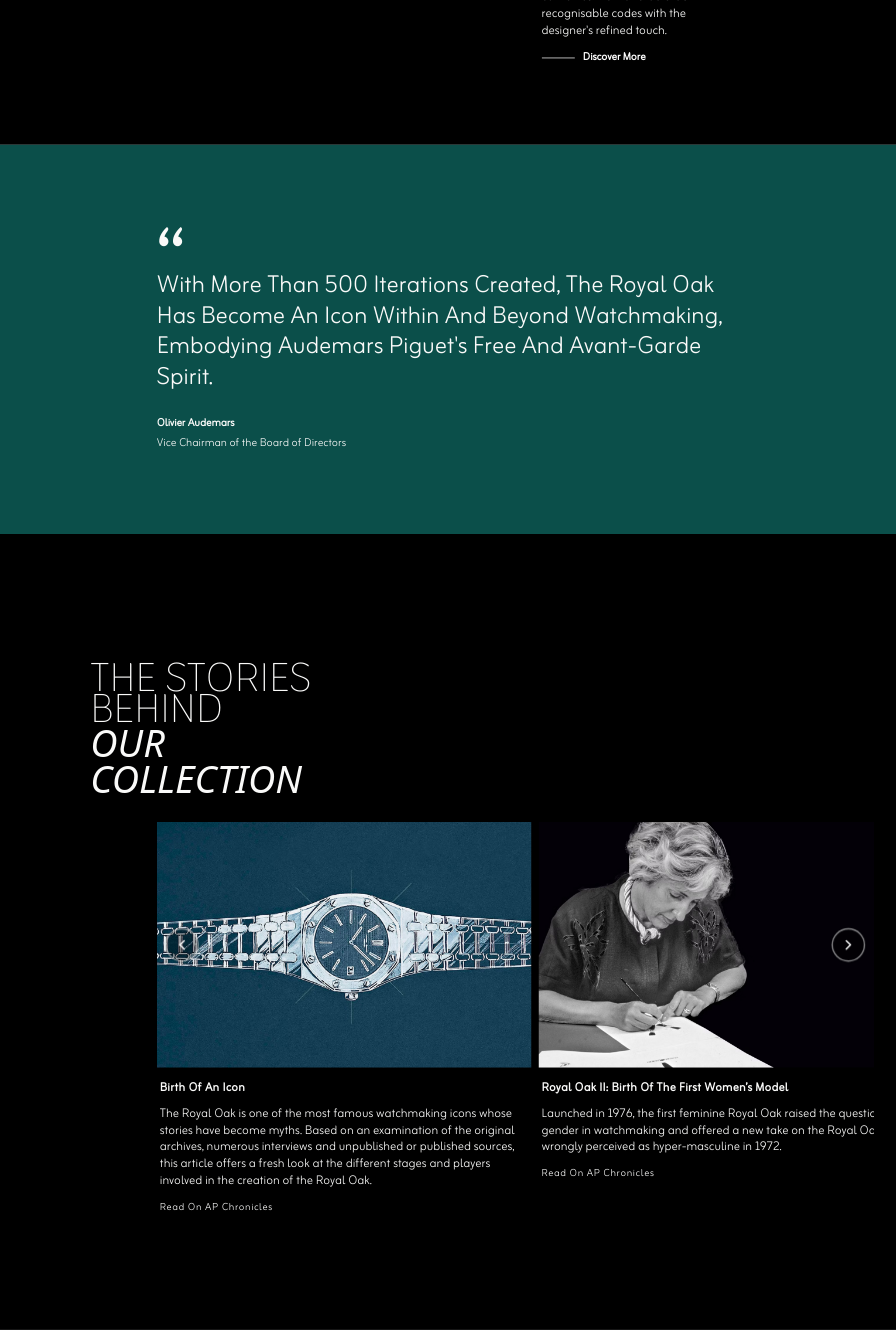
Repository: Richartistique-LeBrassus/audemars-piguet
Page: /
An editor plug-in stored every save of this project. The page is shown before and after the next save, followed by the edit.
The browser window is 1280 px wide. The pictures show the part of the page from y = 4237 to 6137 px (the page is 12470 px tall), at 70% of full size.
Pictures or frames that could not be fetched are drawn as grey boxes. The project was rebuilt for these pictures with package versions that can differ from the ones it lists, and the page was loaded fresh each time. The framework's server and built-in components were replaced by stand-ins that run in the browser. Also part of the build but not shown: next.config.ts.

Above is the page before, as saved 2025-09-02 07:55:24.

### app/layout.tsx
import type { Metadata } from "next";
import { Geist, Geist_Mono } from "next/font/google";
import "./globals.css";
import Nav from "@/components/Nav";

const geistSans = Geist({
  variable: "--font-geist-sans",
  subsets: ["latin"],
});

const geistMono = Geist_Mono({
  variable: "--font-geist-mono",
  subsets: ["latin"],
});

export const metadata: Metadata = {
  title: "Audemars Piguet | Richartistry",
  description: "Generated by create next app",
};

export default function RootLayout({
  children,
}: Readonly<{
  children: React.ReactNode;
}>) {
  return (
    <>
      <html lang="en">
        <body
          className={`$antialiased`}
        >
          {children}
        </body>
      </html>
    </>
  );
}

### app/page.tsx
import Accessories from "@/components/Accessories";
import AvantGarde from "@/components/AvantGarde";
import CollectionStories from "@/components/CollectionStories";
import Footer from "@/components/Footer";
import Genesis from "@/components/Genesis";
import Hero from "@/components/Hero";
import LatestReleases from "@/components/LatestReleases";
import OtherCollections from "@/components/OtherCollections";
import QuoteBanner from "@/components/QuoteBanner";
import SearchWatches from "@/components/SearchWatches";

export default function Home() {
  return (
    <div className="w-full overflow-clip">
      <Hero />
      <AvantGarde/>
      <LatestReleases />
      <QuoteBanner />
      <CollectionStories />
      <Genesis />
      <SearchWatches />{/**/}
      <Accessories />
      <OtherCollections />
      <Footer />
    </div>
  );
}

### app/globals.css
@font-face {
  font-family: 'Andrew-ExtraLight';
  src: url('/fonts/Andrew-ExtraLight.ttf') format('truetype');
  font-weight: 200;
  font-style: normal;
}

@font-face {
  font-family: 'Andrew-Light';
  src: url('/fonts/Andrew-Light.ttf') format('truetype');
  font-weight: 300;
  font-style: normal;
  font-display: swap;
}

@import "tailwindcss";

:root {
  --background: #ffffff;
  --foreground: #171717;
}

@theme inline {
  --color-background: var(--background);
  --color-foreground: var(--foreground);
  --font-sans: var(--font-geist-sans);
  --font-mono: var(--font-geist-mono);
}

@media (prefers-color-scheme: dark) {
  :root {
    --background: #0a0a0a;
    --foreground: #ededed;
  }
}

body {
  background: var(--background);
  color: var(--foreground);
  font-family: "Andrew-Light", Arial, Helvetica, sans-serif;
  color: #fafaf9;
}

.andrew {
  font-family: "Andrew-ExtraLight", sans-serif;
}

.serif {
  font-family: sans;
  font-weight: 100;
}

.scrollbar-hide::-webkit-scrollbar {
  display: none;
}
.scrollbar-hide {
  -ms-overflow-style: none;
  scrollbar-width: none;
}

/* restore normal scrollbars */
.scrollbar-default::-webkit-scrollbar {
  display: initial;
}
.scrollbar-default {
  -ms-overflow-style: auto;
  scrollbar-width: auto;
}

### components/Accessories.tsx
import React from "react";
import AccessoriesGrid from "@/components/ui/AccessoriesGrid";

const Accessories = () => {
  return (
    <div className="relative h-fit bg-black w-screen py-20
      px-6 md:px-8 lg:px-[97px]"
    >
      <div className="z-10 flex items-end justify-start w-full drop-shadow-2xl
        h-[80%] text-center pb-[20px]
        md:pb-20 lg:pb-12 lg:items-center lg:top-20
        2xl:pb-12"
      >
        <div className="space-y-2 text-left
            md:max-w-[55vw]
            lg:max-w-[30vw]">
          <h2 className="text-[51px] uppercase leading-9
            mb-7 md:mb-9 md:text-6xl md:leading-11
            lg:text-7xl andrew">
              Matching
            <br/>
            <span className="serif italic text-[40px] md:text-[45px] lg:text-[54px]">
              Accessories
            </span>
          </h2>
          <p className="text-[21px] capitalize leading-[22px]
            lg:leading-[25px]"
           >
            Audemars Piguet refreshes its accessories collection with six new pairs of Royal Oak Cufflinks.
          </p>
          <button className="pl-[3px] py-4 text-white font-semibold text-[19px]">
            --------  See Them In Person
          </button>
        </div>
      </div>
      <AccessoriesGrid />
    </div>
  )
}

export default Accessories

### components/AvantGarde.tsx
"use client";
import { gsap } from "gsap";
import AvantGrid from "./ui/AvantGrid";
import React, { useEffect, useRef } from "react";

const AvantGarde = () => {
  const imageRef = useRef<HTMLDivElement>(null);
  const textRef = useRef<HTMLDivElement>(null);

  useEffect(() => {
    gsap.fromTo(
      imageRef.current,
      { scale: 1 },
      {
        scale: 1.1,
        duration: 10,
        ease: 'power1.inOut',
      }
    );

    gsap.fromTo(
      textRef.current,
      { opacity: 0, y: 20, filter: 'blur(10px)' },
      {
        opacity: 1,
        y: 0,
        filter: 'blur(0px)',
        duration: 2,
        ease: 'power2.out',
        delay: 0.5,
      }
    );
  }, []);

  return (
    <div className="min-h-fit w-full bg-black px-[45px]
    md:px-16 lg:px-[188px] lg:py-[90px] py-[3.3rem]">
      <div className="flex flex-col md:flex-row pt-[64px] pb-22 w-full">
        <div className="space-y-2 text-left md:flex md:flex-row justify-between
        md:w-full md:gap-12 lg:gap-12 xl:gap-12">
          <div className="md:">
            <h2
              ref={textRef}
              className="text-[51px] uppercase leading-10
              mb-7 md:mb-9 md:text-[54px] md:leading-12
              lg:text-7xl andrew tracking-widest">
              From Avant-garde
             <br/>
             <span className="serif italic text-[40px] md:text-[45px] lg:text-[54px] tracking-normal">
              to icon
             </span>
            </h2>
          </div>
          <div className="2xl:w-[40%]">
            <p className="max-w-[450px]
            text-[22px] lg:text-[23px] capitalize leading-6
            lg:leading-[25px]">
              Designed by Gérald Genta,
              the Royal Oak revolutionised traditional watchmaking codes with its
              hand-finished body of stainless steel,
              octagonal bezel with eight hexagonal screws, guilloché "Tapisserie" dial,
              and integrated bracelet.
            </p>
          </div>
        </div>
      </div>
      <AvantGrid />
    </div>
  )
}

export default AvantGarde

### components/CollectionStories.tsx
import React from 'react'
import CollectionStoriesRow from './ui/CollectionStoriesRow';

const CollectionStories = () => {
  const stories = [
    {
      image: "/imgs/icon.avif",
      title: "Birth of An Icon",
      description: "The Royal Oak is one of the most famous watchmaking icons whose stories have become myths. Based on an examination of the original archives, numerous interviews and unpublished or published sources, this article offers a fresh look at the different stages and players involved in the creation of the Royal Oak.",
      href: "/watches/royal-oak-selfwinding",
      linkTitle: "Read On AP Chronicles",
    },
    {
      image: "/imgs/women.avif",
      title: "Royal Oak II: Birth of The First Women’s Model",
      description: "Launched in 1976, the first feminine Royal Oak raised the question of gender in watchmaking and offered a new take on the Royal Oak, wrongly perceived as hyper-masculine in 1972.",
      href: "/watches/royal-oak-selfwinding",
      linkTitle: "Read On AP Chronicles",
    },
    {
      image: "/imgs/haute.avif",
      title: "It Takes Time to Create the Extraordinary",
      description: "Haute Horlogerie demands patience and time, being rooted in ancestral techniques and meticulous gestures, most of which are still carried out by hand.",
      href: "/watches/royal-oak-offshore",
      linkTitle: "Learn More",
    },
  ];

  return (
    <div className="relative min-h-screen w-full bg-black pt-27 pb-40
      px-6 md:px-8
      lg:flex md:flex-wrap lg:gap-[78px]">
      <div
        className="relative z-10 flex items-end justify-start w-full drop-shadow-2xl
          h-[80%] text-start lg:px-[97px]
          lg:pb-0 lg:items-center lg:top-20"
        >
        <div className="space-y-2 text-left
            md:max-w-[55vw]
            lg:max-w-[30vw]">
          <h1
            className="text-[51px] uppercase leading-9
              mb-7 md:mb-9 md:text-6xl md:leading-11
              lg:text-7xl andrew">
              The stories behind
            <br/>
            <span className="serif italic text-[40px] md:text-[45px] lg:text-[54px]">
              Our collection
            </span>
          </h1>
        </div>
      </div>
      <div
        className="flex gap-[10px]
        overflow-x-auto snap-x snap-mandatory scrollbar-hide md:scrollbar-default
        md:ml-48
        "
      >
        <CollectionStoriesRow items={stories} />
      </div>
    </div>
  )
}

export default CollectionStories

### components/Genesis.tsx
"use client";
import { motion, useScroll, useTransform } from "framer-motion";
import Link from "next/link";
import React, { useRef } from "react";

const Genesis = () => {
  const ref = useRef(null);
  const { scrollYProgress } = useScroll({
    target: ref,
    offset: ["start end", "end start"],
  });

  const opacity = useTransform(scrollYProgress, [0, 0.2], [0, 1]);

  const y = useTransform(scrollYProgress, [0, 1], [0, -150]);

  return (
    <section className="relative w-full h-[165vh] text-white
      px-6 md:px-8 lg:px-[97px]">
      <div className="absolute inset-0">
        <video
          src="/vids/genesis.mp4"
          className="absolute w-full h-full object-cover brightness-75"
          muted
          autoPlay
          loop
        >
        </video>
          <div
            className="absolute inset-x-0 top-0 h-40
            bg-gradient-to-b from-black to-transparent pointer-events-none"
          >
          </div>
          <div
            className="absolute inset-x-0 bottom-0 h-40
            bg-gradient-to-t from-neutral-50 to-transparent pointer-events-none"
          >
          </div>
      </div>

        <div
          className="relative z-10 flex items-center justify-center w-full drop-shadow-2xl
          h-full text-center ">
          <motion.div
            ref={ref}
            style={{ opacity, y }}
            className="space-y-2 text-center
            md:max-w-[55vw]
            lg:max-w-[30vw]"
          >
            <Link
              href="https://www.youtube.com/watch?v=vV5ou2rZcCY"
              target="_blank"
              rel="noopener noreferrer"
            >
              <h2
                className="text-[51px] uppercase leading-9
                mb-7 md:mb-9 md:text-6xl md:leading-11
                lg:text-7xl andrew hover:cursor-pointer"
              >
                MEET THE
                <br/>
                <span className="serif italic text-[40px] md:text-[45px] lg:text-[54px]">
                  iconic <br/> ROYAL OAK
                </span>
              </h2>
            </Link>
          </motion.div>
      </div>
    </section>
  )
}

export default Genesis

### components/OtherCollections.tsx
import React from "react";
import ViewCollection from "./ui/ViewCollection";
import OtherCollectionsRow from "./ui/OtherCollectionsRow";

const OtherCollections = () => {
  const stories = [
    {
      img: "/imgs/code-59.avif",
      title: "trial",
    },
    {
      img: "/imgs/offshore.avif",
      title: "trial",
    },
    {
      img: "/imgs/concept.avif",
      title: "trial",
    },
    {
      img: "/imgs/remaster.avif",
      title: "trial",
    },
  ];

  return (
    <div className="relative min-h-screen w-full bg-black pt-27 pb-40
      px-6 md:px-8
      lg:flex md:flex-wrap lg:gap-[78px]">
      <div
        className="relative z-10 flex items-end justify-start w-full drop-shadow-2xl
          h-[80%] text-start lg:px-[97px]
          lg:pb-0 lg:items-center lg:top-20"
        >
        <div className="space-y-2 text-left
            md:max-w-[55vw]
            lg:max-w-[30vw]">
          <h1
            className="text-[51px] uppercase leading-9
              mb-7 md:mb-9 md:text-6xl md:leading-11
              lg:text-7xl andrew">
                Our Other
            <br/>
            <span className="serif italic text-[40px] md:text-[45px] lg:text-[54px]">
              Collection
            </span>
          </h1>
        </div>
      </div>

      {/*<div
        className="flex gap-[10px]
        overflow-x-auto snap-x snap-mandatory scrollbar-hide md:scrollbar-default
        md:ml-48 lg:ml-auto"
      >
        {stories.map((story, idx) => (
          <ViewCollection key={idx} img={story.img} title="View Collection" />
        ))}
      </div>*/}
      <div
        className="flex gap-[10px] 2xl:px-[97px]
        overflow-x-auto snap-x snap-mandatory scrollbar-hide md:scrollbar-default
        md:ml-48 lg:ml-auto"
      >
        <OtherCollectionsRow items={stories} />
      </div>
    </div>
  )
}

export default OtherCollections

### components/QuoteBanner.tsx
import React from 'react'

const QuoteBanner = () => {
  return (
    <div className="relative w-full h-fit bg-teal-900 px-17 pb-[49px]
      md:px-24 md:pb-20 md:pt-6 lg:px-56 xl:pb-[116px] xl:pt-14"
    >
      <div className="flex flex-col items-start gap-1 ">
        <div className="h-[120px]">
          <span className="text-[160px]">
            ‘‘
          </span>
        </div>

        <div className="pb-7">
          <p className="text-[36px] capitalize leading-9
            md:text-[43px] md:leading-11">
            With more than 500 iterations created,
            the Royal Oak has become an icon within and beyond watchmaking,
            embodying Audemars Piguet's free and avant-garde spirit.
          </p>
        </div>
      </div>
      <div className="flex flex-col max-w-[264px] sm:max-w-[800px]">
        <p className="font-semibold text-[19px]">
          Olivier Audemars
        </p>
        <p className="text-xl">
          Vice Chairman of the Board of Directors
        </p>
      </div>
    </div>
  )
}

export default QuoteBanner

### components/SearchResults.tsx
import Image from "next/image";
import React from "react";

interface SearchResultsProps {
  image: string;
  reference: string;
  name: string;
  type: string;
  details: string;
}

const SearchResults = ({
  image,
  reference,
  name,
  type,
  details,
}: SearchResultsProps ) => {
  return (
    <div className="flex flex-col items-center bg-neutral-200 py-6 px-5
      text-center space-y-3 w-full  cursor-pointer group"
    >
      <div className="relative w-full h-[21.82vh] overflow-hidden">
        <Image
          src={image}
          alt={name}
          fill
          className="object-contain transition-transform duration-500 group-hover:scale-105"
        />
      </div>

      <div className="space-y-1">
        <p className="text-base tracking-wide text-neutral-500 mt-4 font-bold">{reference}</p>
        <h3 className="text-[22px] font-bold">{name}</h3>
        <p className="text-[22px] italic">{type}</p>
        <p className="text-lg text-neutral-500">{details}</p>
      </div>
    </div>
  )
}

export default SearchResults

### components/ui/BehindCollection.tsx
import Image from "next/image";
import React from "react";
import Link from "next/link";

interface ReleaseCardProps {
  image: string;
  title: string;
  description: string;
  href: string;
  linkTitle: string;
}

const BehindCollection = ({ image, title, description, href, linkTitle }: ReleaseCardProps) => {
  return (
    <figure className="w-fit h-fit cursor-pointer snap-start overflow-clip"
    >
      <div className="relative w-[83.8vw] h-[54.92vw]
        md:w-[41.82vw] md:h-[27.42vw]
        mdp:w-fit mdp:h-fit
        overflow-hidden"
      >
        <Image
          src={image}
          alt={title}
          fill
          //width={1280}
          //height={838}
          className="object-contain mdp:object-cover"
        />
      </div>

      <div className="mt-4 space-y-3 pl-1 pr-3">
        <h3 className="text-[21px] font-semibold capitalize tracking-wide
          leading-[26px]">{title}</h3>
        <p className="text-[22px] leading-6">
          {description}
        </p>
        <Link
          href={href}
          className="inline-block
          text-lg font-medium capitalize
          tracking-wider relative after:absolute after:left-0
          after:-bottom-0.5 after:h-[1px] after:w-0 after:bg-stone-900
          after:transition-all after:duration-300 hover:after:w-full"
        >
          {linkTitle}
        </Link>
      </div>
    </figure>
  )
}

export default BehindCollection

### components/ui/Collection.tsx
import Image from "next/image";
import React from "react";
import Link from "next/link";

interface ReleaseCardProps {
  image: string;
  title: string;
  description: string;
  href: string;
}

const Collection = ({ image, title, description, href }: ReleaseCardProps) => {
  return (
    <figure className="w-[76.56vw] h-fit cursor-pointer
      md:w-96
      snap-start overflow-clip"
    >
      <div className="relative w-full h-[101.42vw]
        md:h-[34.01vw] lg:h-[22.52vw]
        aspect-[4/5] overflow-hidden"
      >
        <Image
          src={image}
          alt={title}
          fill
          className="object-cover"
        />
      </div>

      <div className="mt-4 space-y-3 pl-1 pr-3">
        <h3 className="text-[21px] font-semibold capitalize tracking-wide
          leading-[26px]">{title}</h3>
        <p className="text-[22px] leading-6">
          {description}
        </p>
        {/*<Link
          href={href}
          className="
          inline-block text-lg font-medium capitalize
          tracking-wider relative after:absolute after:left-0
          after:-bottom-0.5 after:h-[1px] after:w-0 after:bg-stone-900
          after:transition-all after:duration-300 hover:after:w-full"
        >
          Discover More
        </Link>*/}

          <div className="group flex flex-row items-center w-fit cursor-pointer">
            <span
              className="relative inline-block w-[47px]
              after:absolute after:left-0 after:top-1/2
              after:h-[1px] after:w-full after:bg-white
              after:origin-right after:transition-all after:duration-500
              group-hover:after:scale-x-[0.25]"
            ></span>
            <p className="pl-3 text-white font-semibold text-[19px]">
              Discover More
            </p>
          </div>
      </div>
    </figure>
  )
}

export default Collection

### components/ui/ViewCollection.tsx
import Image from "next/image";

interface ViewCollectionProps {
  img: string;
  title: string;
}

export default function ViewCollection({ img, title }: ViewCollectionProps) {
  return (
    /*  w-[83.8vw] h-[84.92vw] */
    <figure className="w-fit h-fit cursor-pointer overflow-clip flex flex-col items-start">
      <div className="relative w-[83.8vw] h-[110.82vw]
        md:w-[22.55vw] md:h-[29.86vw]
        lg:w-[16.5vw] lg:h-[21.66vw]
        overflow-hidden"
      >
        <Image
          src={img}
          alt={title}
          fill
          className="object-cover mdp:object-cover"
        />
      </div>

      <div className="mt-4">
        <p className="text-[22px]">----- View Collection</p>
      </div>
    </figure>
  );
}

Loaded but not shown: components/Footer.tsx (231 lines, source omitted); components/ui/OtherCollectionsRow.tsx (129 lines, source omitted); components/ui/CollectionStoriesRow.tsx (115 lines, source omitted); components/ui/CollectionsRow.tsx (115 lines, source omitted); components/LatestReleases.tsx (91 lines, source omitted); components/ui/AvantGrid.tsx (91 lines, source omitted); components/Hero.tsx (95 lines, source omitted); components/ui/AccessoriesGrid.tsx (84 lines, source omitted); components/SearchWatches.tsx (85 lines, source omitted)

After the next save:
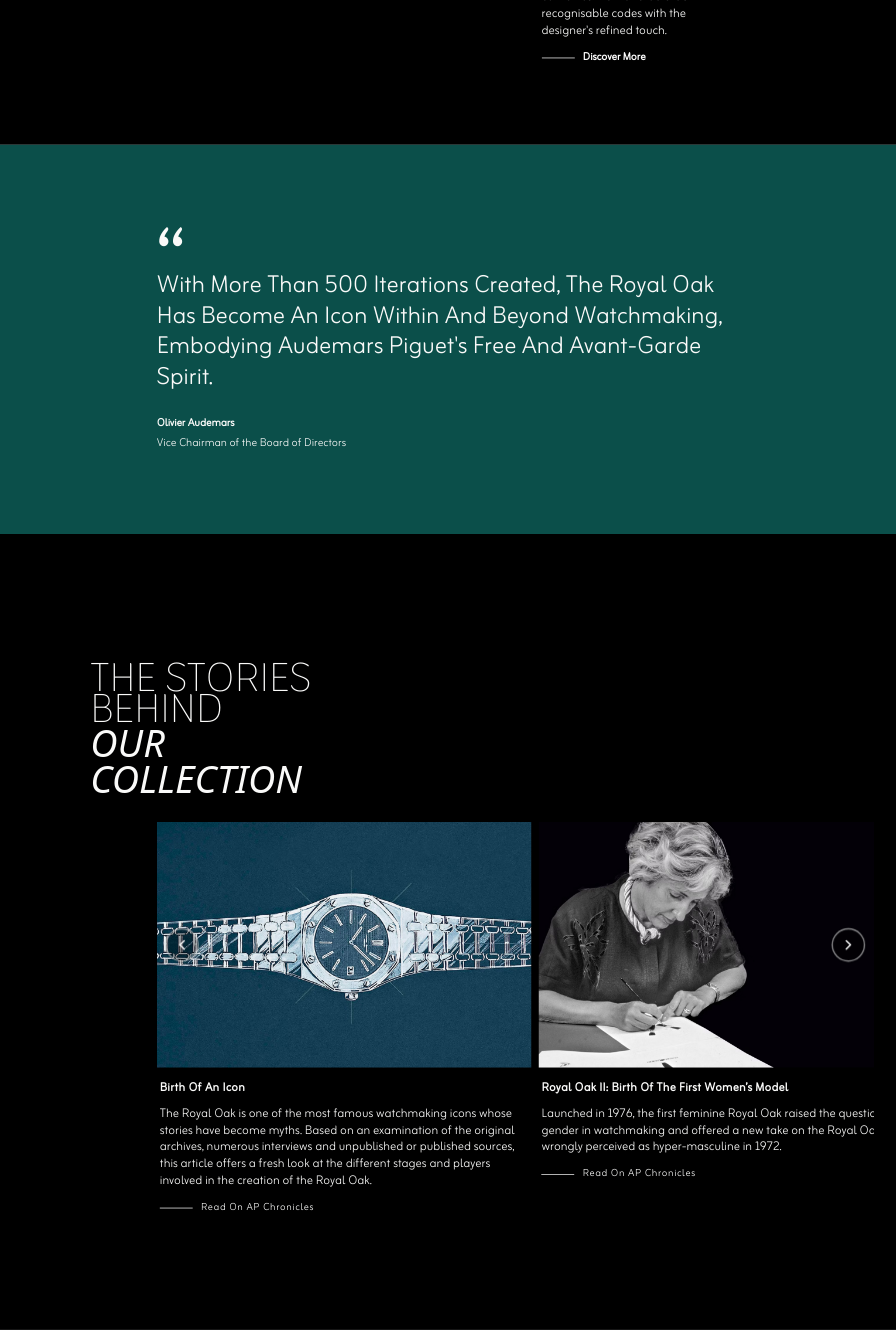
Saved 2 min 52 s later.
--- a/components/ui/BehindCollection.tsx
+++ b/components/ui/BehindCollection.tsx
@@ -35,7 +35,7 @@
         <p className="text-[22px] leading-6">
           {description}
         </p>
-        <Link
+       {/* <Link
           href={href}
           className="inline-block
           text-lg font-medium capitalize
@@ -44,7 +44,21 @@
           after:transition-all after:duration-300 hover:after:w-full"
         >
           {linkTitle}
-        </Link>
+        </Link>*/}
+
+          <div className="group flex flex-row items-center w-fit cursor-pointer">
+            <span
+              className="relative inline-block w-[47px]
+              after:absolute after:left-0 after:top-1/2
+              after:h-[1px] after:w-full after:bg-white
+              after:origin-right after:transition-all after:duration-500
+              group-hover:after:scale-x-[0.25]"
+            ></span>
+            <p className="pl-3 text-lg font-medium capitalize
+              tracking-wider">
+              {linkTitle}
+            </p>
+          </div>
       </div>
     </figure>
   )
